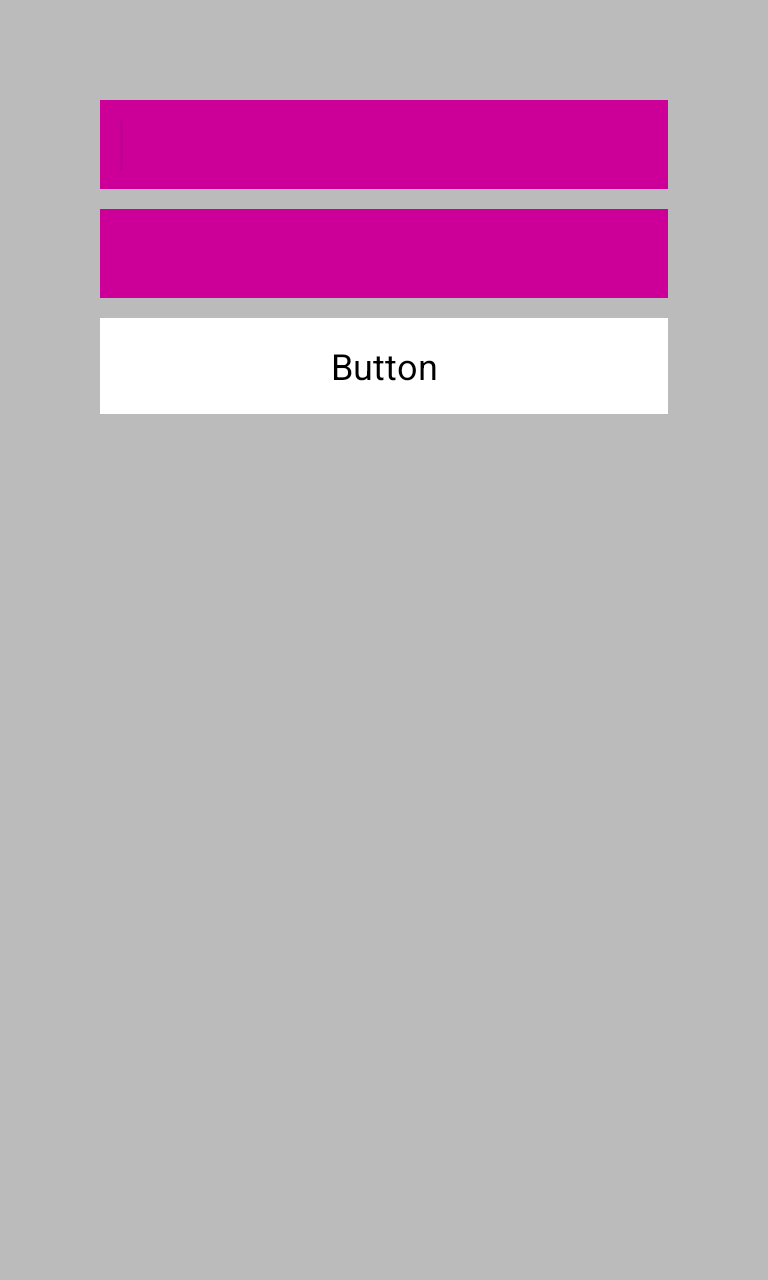
Repository: christianchi/di
Layout: 09 Drawable/UsoDrawNinePatch/res/layout/activity_main.xml
These files come from the project's save history. The layout is drawn as it stood at one moment and after the next save; the edit follows.
It is drawn on a 768 x 1280 px phone screen (xhdpi) without system bars, with theme AppTheme; the app's code is not run.

Above is the layout before, as saved 2014-01-16 08:46:27.

After the next save:
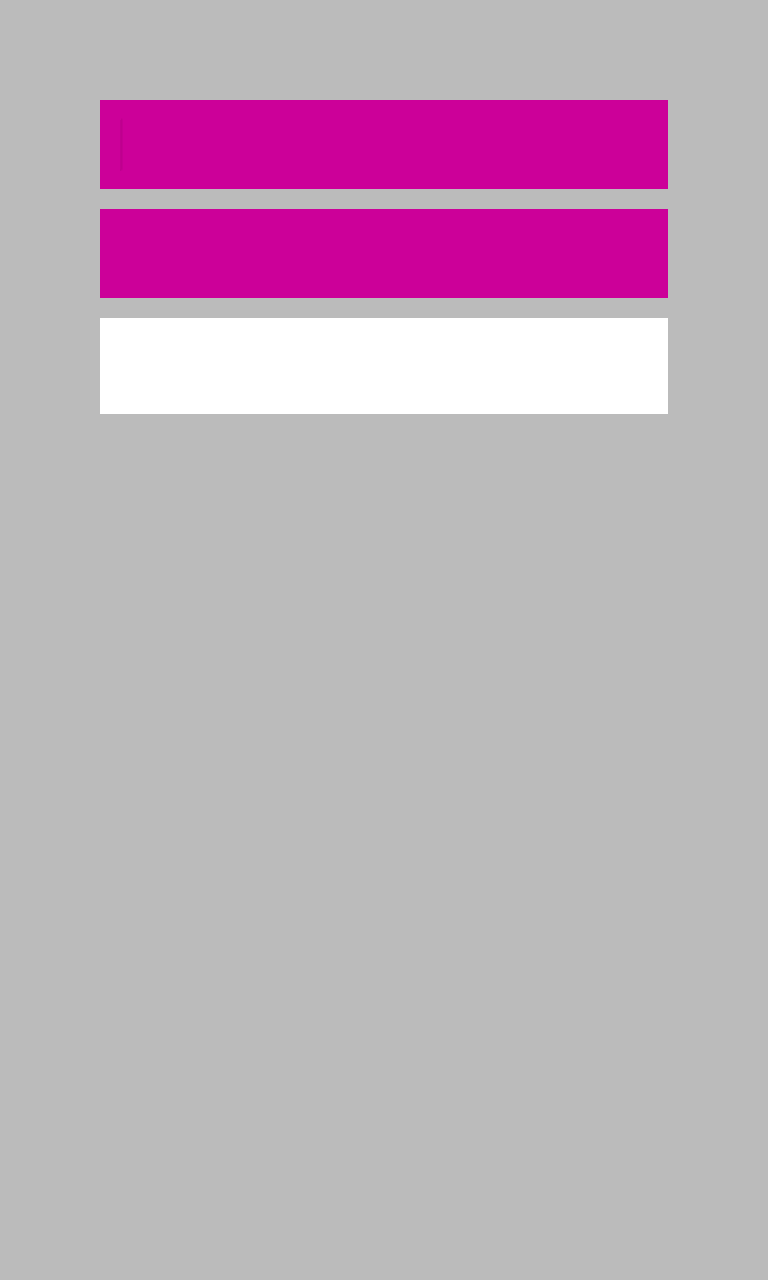
Saved 23 s later.
--- a/09 Drawable/UsoDrawNinePatch/res/layout/activity_main.xml
+++ b/09 Drawable/UsoDrawNinePatch/res/layout/activity_main.xml
@@ -34,6 +34,7 @@
         android:layout_height="wrap_content"
         android:text="Button"
         android:layout_marginTop="10dp"
+        android:textColor="#fff"
         android:background="#fff" />
 
 </LinearLayout>
